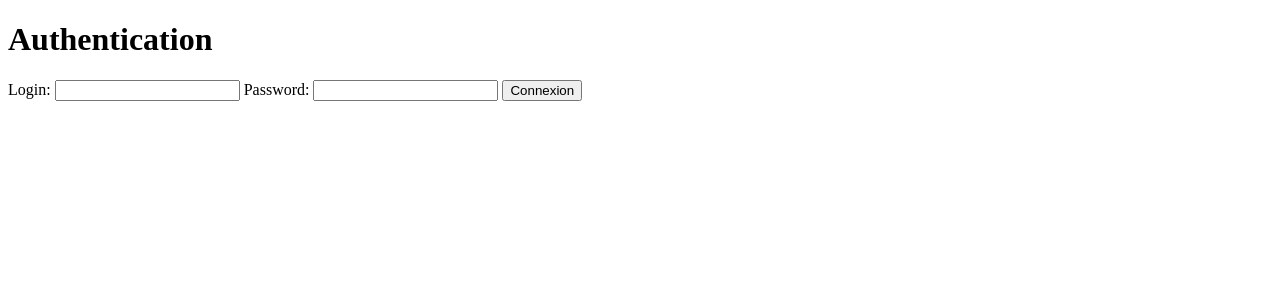
Repository: ibrahimadiagneseck/jakarta-ee
Page: test/src/main/webapp/login.html
An editor plug-in stored every save of this project. The page is shown before and after the next save, followed by the edit.
The browser window is 1280 px wide. The pictures show the whole page.

Above is the page before, as saved 2023-12-12 10:42:39.

After the next save:
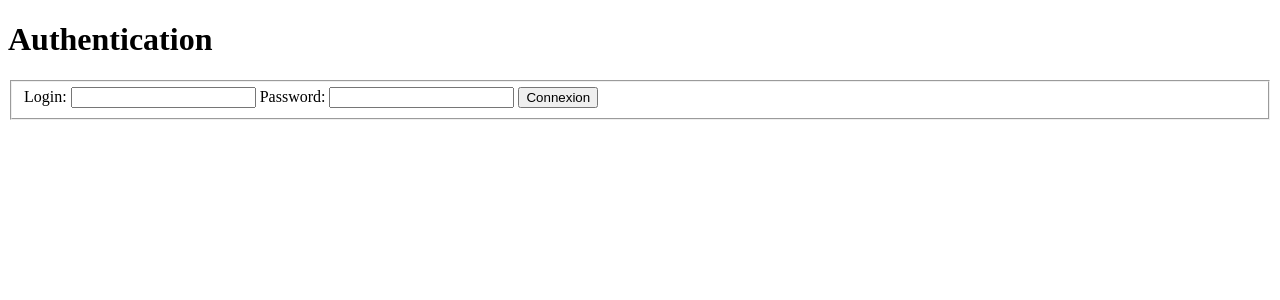
Saved 58 s later.
--- a/test/src/main/webapp/login.html
+++ b/test/src/main/webapp/login.html
@@ -6,7 +6,8 @@
 </head>
 <body>
      <h1>Authentication</h1>
-     <form action="/test/connexion" method="post">
+     <form action="connexion" method="post">
+		 <fieldset
         <label for="login">Login:</label>
         <input type="text" id="login" name="login" required>
 
